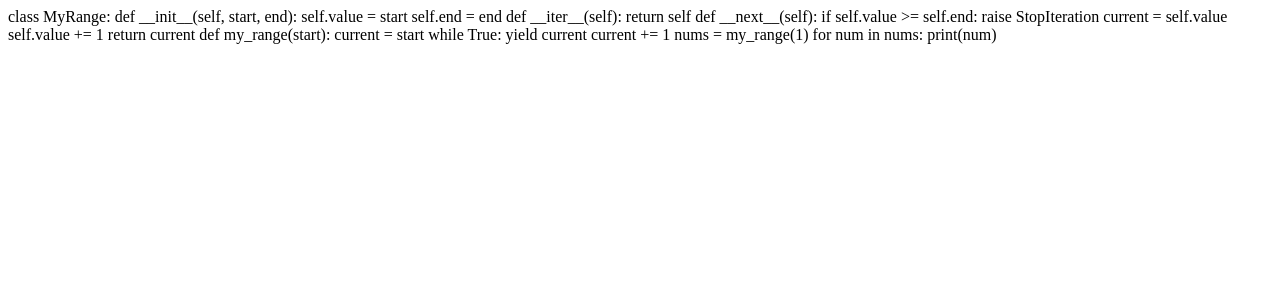
Repository: JAYAPRAKASH7541/jai7541
Page: python_sample_package/simple.html
The author's editor kept a record of every edit. The page is drawn from the files as they stood at one moment, then again after the next edit.
The browser window is 1280 px wide. The pictures show the whole page.

Above is the page before.

### python_sample_package/simple.html

class MyRange:

    def __init__(self, start, end):
        self.value = start
        self.end = end

    def __iter__(self):
        return self

    def __next__(self):
        if self.value >= self.end:
            raise StopIteration
        current = self.value
        self.value += 1
        return current


def my_range(start):
    current = start
    while True:
        yield current
        current += 1


nums = my_range(1)

for num in nums:
    print(num)

After the next edit:
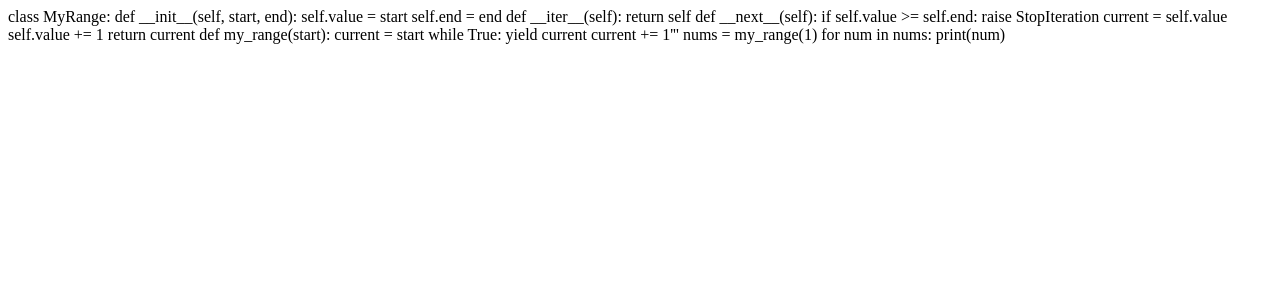
The edit:
--- a/python_sample_package/simple.html
+++ b/python_sample_package/simple.html
@@ -20,7 +20,7 @@
     current = start
     while True:
         yield current
-        current += 1
+        current += 1'''
 
 
 nums = my_range(1)
